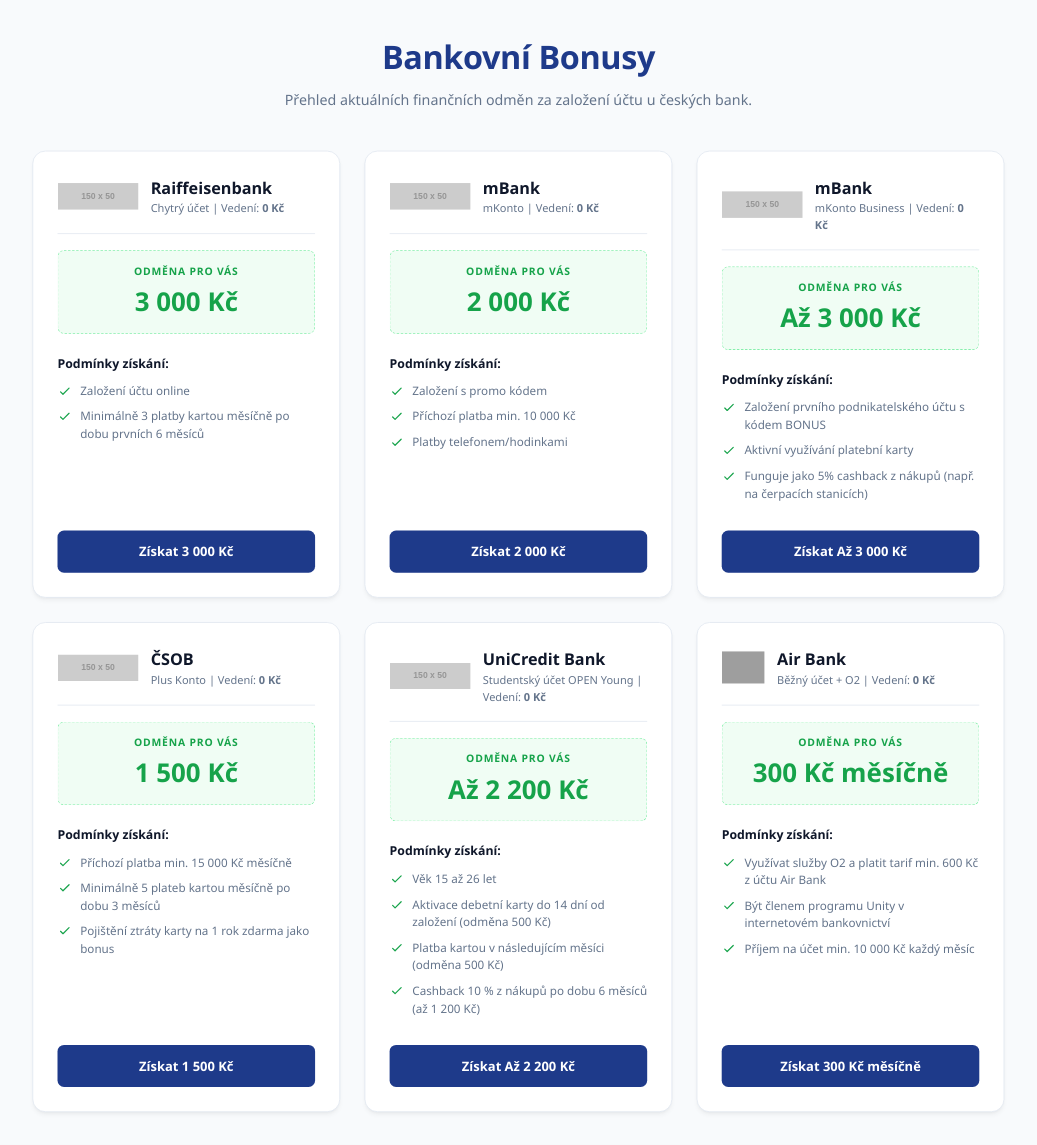
Repository: Martin49232/bankovnibonusy
Page: index.html
The author's editor kept a copy of each file at every save. The page is drawn from the files as they stood at one save, then again after the next save.
The browser window is 1280 px wide. The pictures show the whole page, at 81% of full size.
Pictures or frames that could not be fetched are drawn as grey boxes.

Above is the page before, as saved 2026-03-10 17:21:28.

### index.html
<!DOCTYPE html>
<!DOCTYPE html>
<html lang="cs">
<head>
    <meta charset="UTF-8">
    <meta name="viewport" content="width=device-width, initial-scale=1.0">
    <title>Bankovní Bonusy | Nejlepší účty v ČR</title>
    <style>
        :root {
            --primary: #1e3a8a;
            --success: #16a34a;
            --bg-color: #f8fafc;
            --card-bg: #ffffff;
            --text-main: #0f172a;
            --text-muted: #64748b;
            --border: #e2e8f0;
        }

        body {
            font-family: 'Segoe UI', system-ui, -apple-system, sans-serif;
            background: var(--bg-color);
            margin: 0;
            padding: 40px 20px;
            color: var(--text-main);
            line-height: 1.5;
        }

        .container {
            max-width: 1200px;
            margin: 0 auto;
        }

        header {
            text-align: center;
            margin-bottom: 50px;
        }

        h1 {
            color: var(--primary);
            font-size: 2.5rem;
            margin: 0 0 10px 0;
            letter-spacing: -0.5px;
        }

        .subtitle {
            color: var(--text-muted);
            font-size: 1.1rem;
            margin: 0;
        }

        /* Grid Layout */
        .grid {
            display: grid;
            grid-template-columns: repeat(auto-fill, minmax(340px, 1fr));
            gap: 30px;
        }

        /* Card Styling */
        .card {
            background: var(--card-bg);
            border-radius: 16px;
            padding: 30px;
            box-shadow: 0 4px 6px -1px rgba(0,0,0,0.05), 0 2px 4px -2px rgba(0,0,0,0.05);
            display: flex;
            flex-direction: column;
            border: 1px solid var(--border);
            transition: transform 0.2s ease, box-shadow 0.2s ease;
        }

        .card:hover {
            transform: translateY(-5px);
            box-shadow: 0 20px 25px -5px rgba(0,0,0,0.1), 0 8px 10px -6px rgba(0,0,0,0.1);
        }

        /* Card Header (Logo + Bank Name) */
        .card-header {
            display: flex;
            align-items: center;
            gap: 15px;
            margin-bottom: 20px;
            padding-bottom: 20px;
            border-bottom: 1px solid var(--border);
        }

        .card-header img {
            max-width: 100px;
            max-height: 40px;
            object-fit: contain;
        }

        .bank-info {
            display: flex;
            flex-direction: column;
        }

        .bank-name {
            font-size: 1.25rem;
            font-weight: 700;
            margin: 0;
        }

        .meta {
            font-size: 0.85rem;
            color: var(--text-muted);
        }

        /* Bonus Highlight */
        .bonus-wrapper {
            background: #f0fdf4;
            border: 1px dashed #86efac;
            border-radius: 8px;
            padding: 15px;
            text-align: center;
            margin-bottom: 25px;
        }

        .bonus-label {
            display: block;
            font-size: 0.8rem;
            text-transform: uppercase;
            letter-spacing: 1px;
            color: var(--success);
            font-weight: 600;
            margin-bottom: 4px;
        }

        .bonus {
            font-size: 2rem;
            font-weight: 800;
            color: var(--success);
            margin: 0;
        }

        /* Requirements List */
        .req-title {
            font-weight: 600;
            font-size: 0.95rem;
            margin-bottom: 12px;
        }

        .requirements {
            flex-grow: 1;
            font-size: 0.9rem;
            margin: 0 0 25px 0;
            padding: 0;
            color: var(--text-muted);
            list-style: none;
        }

        .requirements li {
            position: relative;
            padding-left: 28px;
            margin-bottom: 10px;
        }

        /* Custom SVG Checkmark */
        .requirements li::before {
            content: '';
            position: absolute;
            left: 0;
            top: 2px;
            width: 18px;
            height: 18px;
            background-image: url("data:[embedded picture, 228 characters]");
            background-size: contain;
            background-repeat: no-repeat;
        }

        /* Call to Action Button */
        .btn {
            display: block;
            text-align: center;
            background: var(--primary);
            color: white;
            text-decoration: none;
            padding: 14px;
            border-radius: 8px;
            font-weight: 600;
            font-size: 1rem;
            transition: background 0.2s;
        }

        .btn:hover {
            background: #1e40af;
        }
    </style>
</head>
<body>
    <div class="container">
        <header>
            <h1>Bankovní Bonusy</h1>
            <p class="subtitle">Přehled aktuálních finančních odměn za založení účtu u českých bank.</p>
        </header>

        <div id="deals-container" class="grid"></div>
    </div>

    <script>
        document.addEventListener('DOMContentLoaded', () => {
            fetch('data.json')
                .then(response => {
                    if (!response.ok) throw new Error('Network response was not ok');
                    return response.json();
                })
                .then(data => renderDeals(data))
                .catch(error => console.error('Error loading data:', error));
        });

        function renderDeals(deals) {
            const container = document.getElementById('deals-container');

            deals.forEach(deal => {
                const reqList = deal.requirements.map(req => `<li>${req}</li>`).join('');

                const card = document.createElement('div');
                card.className = 'card';

                // Constructing the new, prettier DOM structure for each card
                card.innerHTML = `
                    <div class="card-header">
                        <img src="${deal.logoUrl}" alt="${deal.bankName} logo">
                        <div class="bank-info">
                            <h2 class="bank-name">${deal.bankName}</h2>
                            <div class="meta">${deal.accountName} | Vedení: <strong>${deal.monthlyFee}</strong></div>
                        </div>
                    </div>

                    <div class="bonus-wrapper">
                        <span class="bonus-label">Odměna pro vás</span>
                        <div class="bonus">${deal.bonusAmount}</div>
                    </div>

                    <div class="req-title">Podmínky získání:</div>
                    <ul class="requirements">${reqList}</ul>

                    <a href="${deal.link}" target="_blank" rel="noopener noreferrer" class="btn">Získat ${deal.bonusAmount}</a>
                `;
                container.appendChild(card);
            });
        }
    </script>
</body>
</html>

### data.json
[
  {
    "id": "raiffeisen-chytry",
    "bankName": "Raiffeisenbank",
    "accountName": "Chytrý účet",
    "bonusAmount": "3 000 Kč",
    "requirements": [
      "Založení účtu online",
      "Minimálně 3 platby kartou měsíčně po dobu prvních 6 měsíců"
    ],
    "monthlyFee": "0 Kč",
    "link": "https://www.rb.cz/promo-odkaz",
    "logoUrl": "https://via.placeholder.com/150x50?text=Raiffeisenbank"
  },
  {
    "id": "mbank-mkonto",
    "bankName": "mBank",
    "accountName": "mKonto",
    "bonusAmount": "2 000 Kč",
    "requirements": [
      "Založení s promo kódem",
      "Příchozí platba min. 10 000 Kč",
      "Platby telefonem/hodinkami"
    ],
    "monthlyFee": "0 Kč",
    "link": "https://www.mbank.cz/promo-odkaz",
    "logoUrl": "https://via.placeholder.com/150x50?text=mBank"
  },
{
    "id": "mbank-business",
    "bankName": "mBank",
    "accountName": "mKonto Business",
    "bonusAmount": "Až 3 000 Kč",
    "requirements": [
      "Založení prvního podnikatelského účtu s kódem BONUS",
      "Aktivní využívání platební karty",
      "Funguje jako 5% cashback z nákupů (např. na čerpacích stanicích)"
    ],
    "monthlyFee": "0 Kč",
    "link": "https://www.mbank.cz/",
    "logoUrl": "https://via.placeholder.com/150x50?text=mBank"
  },
  {
    "id": "csob-pluskonto",
    "bankName": "ČSOB",
    "accountName": "Plus Konto",
    "bonusAmount": "1 500 Kč",
    "requirements": [
      "Příchozí platba min. 15 000 Kč měsíčně",
      "Minimálně 5 plateb kartou měsíčně po dobu 3 měsíců",
      "Pojištění ztráty karty na 1 rok zdarma jako bonus"
    ],
    "monthlyFee": "0 Kč",
    "link": "https://www.csob.cz/",
    "logoUrl": "https://via.placeholder.com/150x50?text=CSOB"
  },
  {
    "id": "unicredit-student",
    "bankName": "UniCredit Bank",
    "accountName": "Studentský účet OPEN Young",
    "bonusAmount": "Až 2 200 Kč",
    "requirements": [
      "Věk 15 až 26 let",
      "Aktivace debetní karty do 14 dní od založení (odměna 500 Kč)",
      "Platba kartou v následujícím měsíci (odměna 500 Kč)",
      "Cashback 10 % z nákupů po dobu 6 měsíců (až 1 200 Kč)"
    ],
    "monthlyFee": "0 Kč",
    "link": "https://www.unicreditbank.cz/",
    "logoUrl": "https://via.placeholder.com/150x50?text=UniCredit+Bank"
  },
  {
    "id": "airbank-bezny",
    "bankName": "Air Bank",
    "accountName": "Běžný účet + O2",
    "bonusAmount": "300 Kč měsíčně",
    "requirements": [
      "Využívat služby O2 a platit tarif min. 600 Kč z účtu Air Bank",
      "Být členem programu Unity v internetovém bankovnictví",
      "Příjem na účet min. 10 000 Kč každý měsíc"
    ],
    "monthlyFee": "0 Kč",
    "link": "https://www.airbank.cz/",
    "logoUrl": "images/a"
  }
]

After the next save:
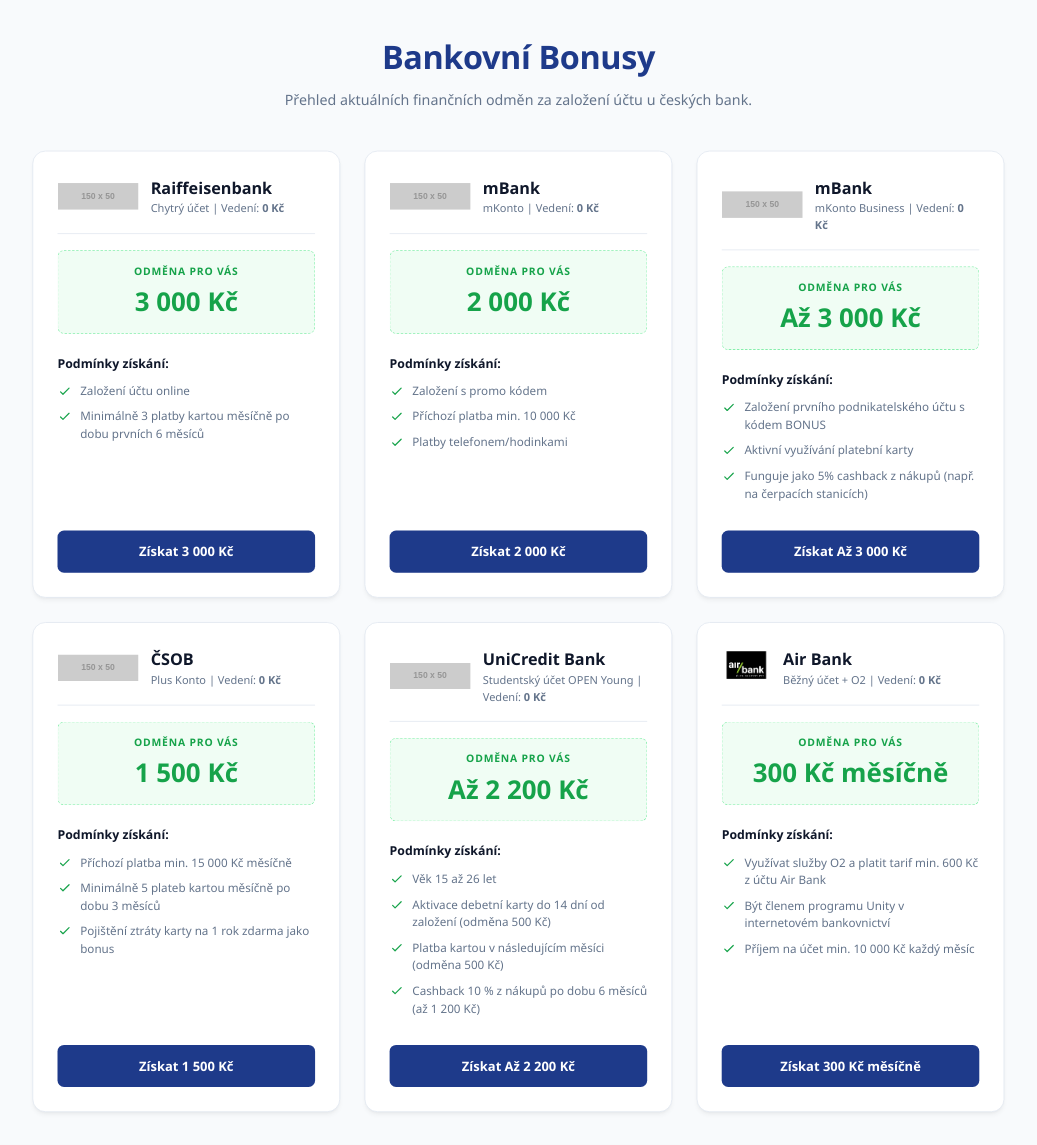
Saved 4 s later.
--- a/data.json
+++ b/data.json
@@ -81,6 +81,6 @@
     ],
     "monthlyFee": "0 Kč",
     "link": "https://www.airbank.cz/",
-    "logoUrl": "images/a"
+    "logoUrl": "images/airbank.png"
   }
 ]
